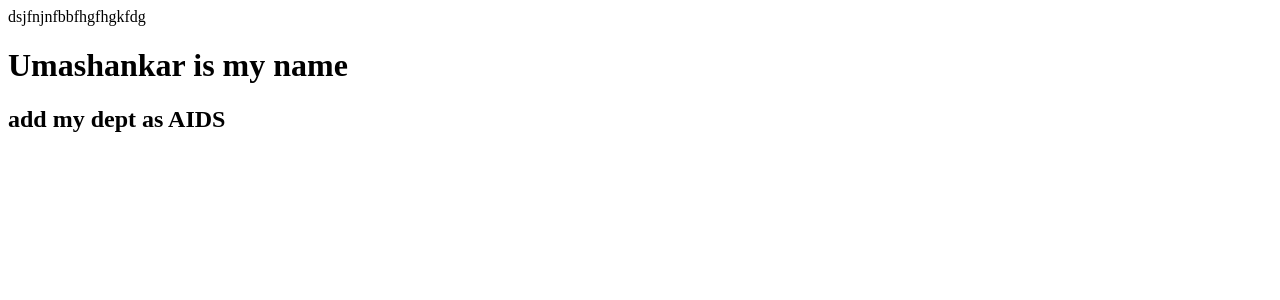
Repository: umarajii383/sample
Page: index.html
An editor plug-in stored every save of this project. The page is shown before and after the next save, followed by the edit.
The browser window is 1280 px wide. The pictures show the whole page.

Above is the page before, as saved 2024-09-19 10:35:41.

### index.html
<div class="html"></div>
<html>dsjfnjnfbbfhgfhgkfdg

    <h1>Umashankar is my name</h1>
    <h2>add my dept as AIDS</h2>
</html>

After the next save:
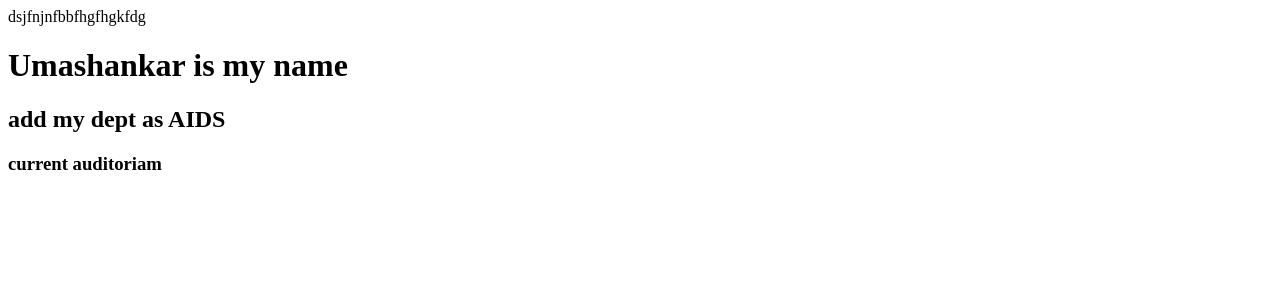
Saved 27 h 42 min later.
--- a/index.html
+++ b/index.html
@@ -3,4 +3,6 @@
 
     <h1>Umashankar is my name</h1>
     <h2>add my dept as AIDS</h2>
+
+    <h3>current auditoriam</h3>
 </html>
